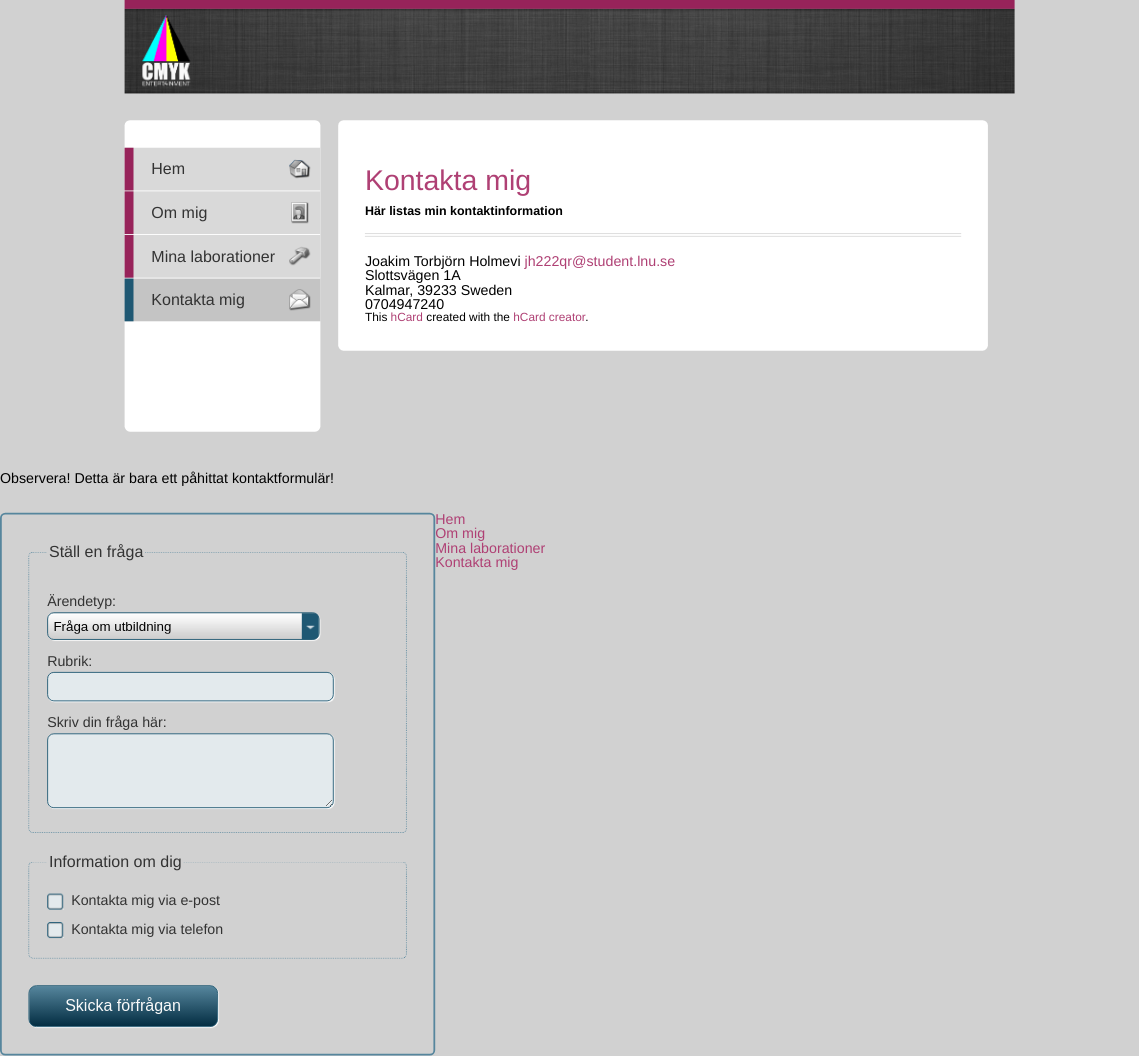
Repository: Holmewi/1ik415-jh222qr-laborationer
Page: pages/kontakt.html
The author's editor kept a record of every edit. The page is drawn from the files as they stood at one moment, then again after the next edit.
The browser window is 1280 px wide. The pictures show the whole page, at 89% of full size.

Above is the page before.

After the next edit:
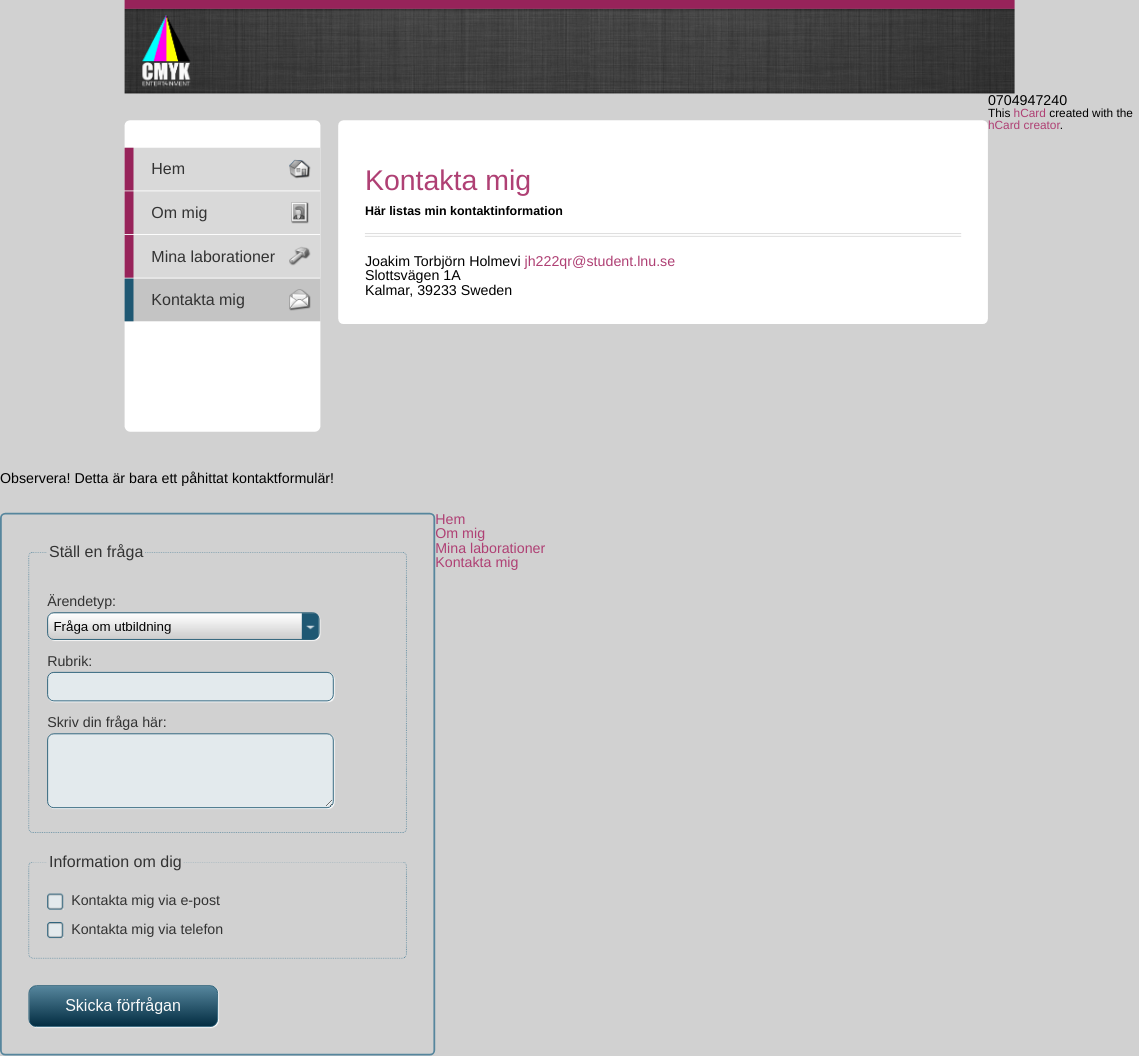
The edit:
--- a/pages/kontakt.html
+++ b/pages/kontakt.html
@@ -45,7 +45,7 @@
                         <span class="family-name">Holmevi</span>
                     </span>
                     <a class="email" href="mailto:jh222qr@student.lnu.se">jh222qr@student.lnu.se</a>
-                    <div class="adr">
+                    <section class="adr">
                         <div class="street-address">Slottsvägen 1A</div>
                         <span class="locality">Kalmar</span>,
                         <span class="postal-code">39233</span>

After the edit that followed:
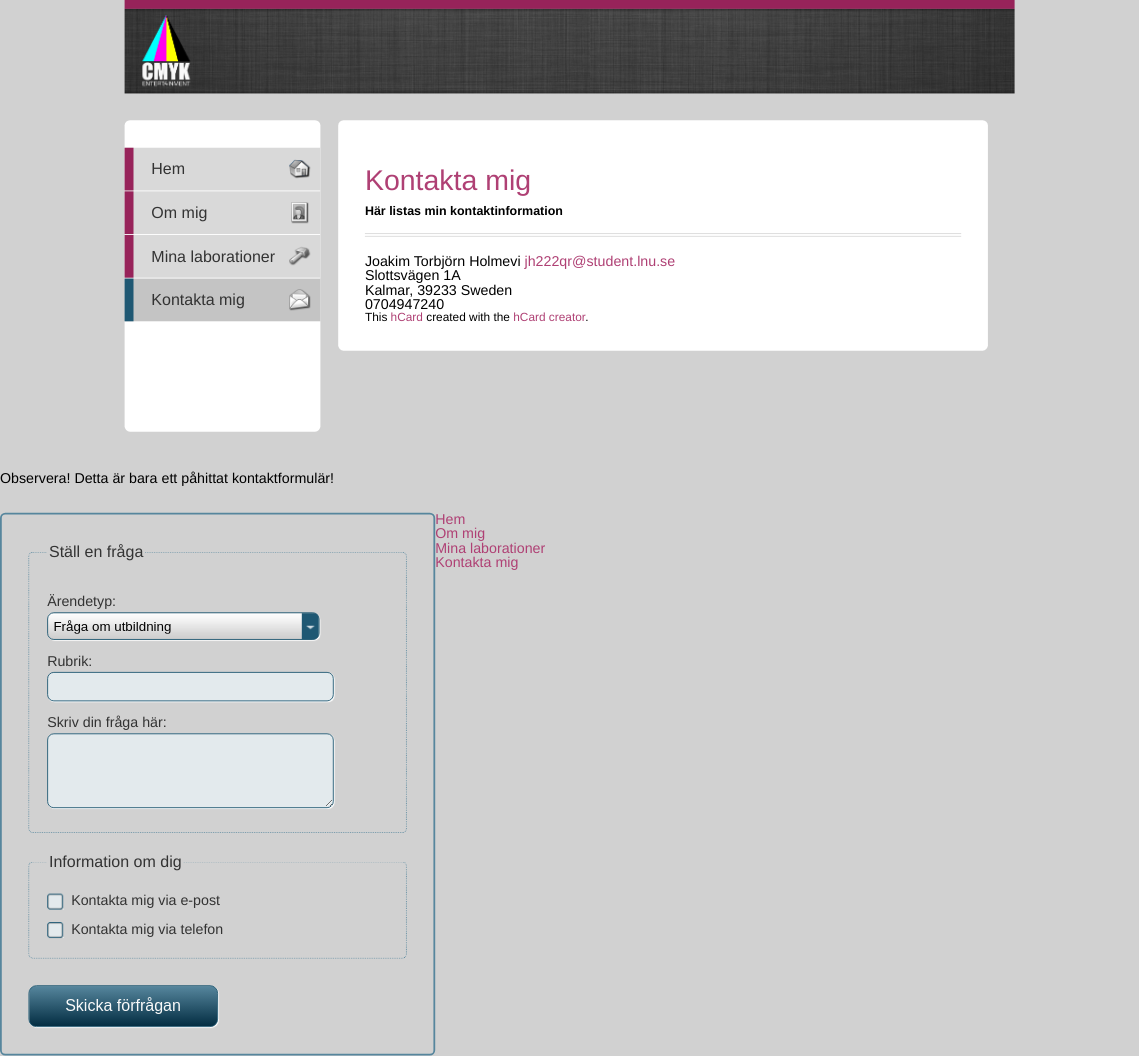
The edit:
--- a/pages/kontakt.html
+++ b/pages/kontakt.html
@@ -50,8 +50,8 @@
                         <span class="locality">Kalmar</span>,
                         <span class="postal-code">39233</span>
                         <span class="country-name">Sweden</span>
-                    </div>
-                    <div class="tel">0704947240</div>
+                    </section>
+                    <section class="tel">0704947240</section>
                     <p style="font-size:smaller;">This <a href="http://microformats.org/wiki/hcard">hCard</a> created with the <a href="http://microformats.org/code/hcard/creator">hCard creator</a>.</p>
                 </div>
 
